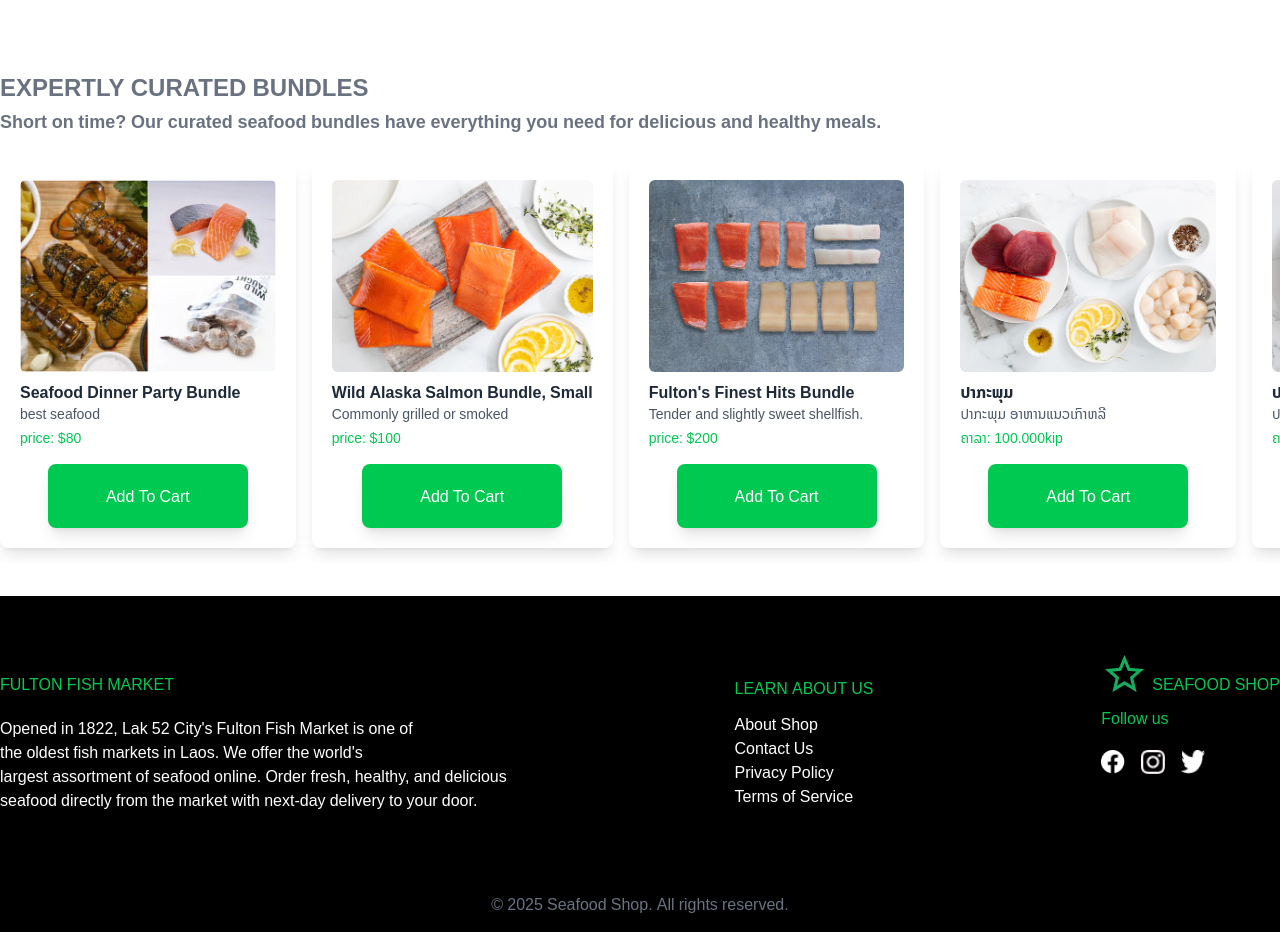
Repository: KongRucifer/SeaFood-Shop
Page: /modules/home/views
These files come from the project's save history. The page is drawn as it stood at one moment and after the next save; the edit follows.
The browser window is 1280 px wide. The pictures show the part of the page from y = 2352 to 3284 px (the page is 3284 px tall).
The project was rebuilt for these pictures with package versions that can differ from the ones it lists, and the page was loaded fresh each time. The framework's server and built-in components were replaced by stand-ins that run in the browser. Also part of the build but not shown: next.config.ts.

Above is the page before, as saved 2025-06-25 20:30:39.

### src/app/layout.tsx
import type { Metadata } from "next";
import { Geist, Geist_Mono } from "next/font/google";
import "./globals.css";
import Navbar from "@/app/components/Navbar";
import Footer from "@/app/components/Footer";
import { Noto_Sans_Lao } from 'next/font/google';
 const geistSans = Geist({
  variable: "--font-geist-sans",
  subsets: ["latin"],
});

const geistMono = Geist_Mono({
  variable: "--font-geist-mono",
  subsets: ["latin"],
});
const notoSansLao = Noto_Sans_Lao({
  subsets: ['lao'],
  weight: ['400', '700'],
  variable: '--font-noto-sans-lao',
  display: 'swap',
});
export const metadata: Metadata = {
  title: "ຮ້ານຂາຍອາຫານທະເລ - ໜ້າທຳອິດ | Seafood Shop",
  description:
    "ຮ້ານຂາຍອາຫານທະເລອອນໄລ ໜ້າທຳອິດ ລວມອາຫານທະເລຫຼາກຫຼາຍ ເຊັ່ນ ປາ, ປູ, ກຸ້ງ ແລະ ອາຫານທະເລອື່ນໆ ສາມາດສັ່ງຊື້ໃນເວັບໄຊໄດ້ ມີບໍລິການສົ່ງໄປເຖີງທີ່ ສາມາດເຮັດ ການໂອນເງິນ ທີ່ເວັບໄຊທ໌ຂອງພວກເຮົາ",
  keywords:
    "ອາຫານທະເລ ອອນໄລ, ຮ້ານຂາຍອາຫານທະເລ, ສັ່ງອາຫານທະເລ, ອາຫານທະເລສົ່ງໄວທັນໃຈ",
  authors: [{ name: "kong mong thao" }],
  publisher: "Super Shop SeaFood",
  robots: {
    index: true,
    follow: true,
  },
  openGraph: {
    title: "ຮ້ານຂາຍອາຫານທະເລ - ໜ້າທຳອິດ | Seafood Shop",
    description:
      "ສັ່ງຊື້ອາຫານທະເລ ລາຄາຖືກ ສົ່ງໄວ ທັນໃຈ ສາມາດໂອນເງີນ ປາຍທາງໄດ້",
    url: "http://localhost:3000/images/fish.jpeg",
    siteName: "Seafood Shop",
    locale: "th_TH",
    type: "website",
    images: [
      {
        url: "http://localhost:3000/images/myshopSeafood.jpeg",
        width: 1200,
        height: 630,
        alt: "Food Shop Image",
      },
    ],
  },
  twitter: {
    card: "summary_large_image",
    title: "ຮ້ານຂາຍອາຫານທະເລ - ໜ້າທຳອິດ | Seafood Shop",
    description:
      "ສັ່ງຊື້ອາຫານທະເລ ລາຄາຖືກ ສົ່ງໄວ ທັນໃຈ ມີບໍລິການໂອນເງີນ ປາຍທາງ",
    images: ["http://localhost:3000/images/seafood2.jpeg"],
  },
  alternates: {
    canonical: "https://yourdomain.com/",
  },

}
export const viewport = {
  width: 'device-width',
  initialScale: 1,
};
export default function RootLayout({
  children,
}: Readonly<{
  children: React.ReactNode;
}>) {
  return (
    <html lang="lo" className={notoSansLao.variable}>
      <body
        className={`${geistSans.variable} ${geistMono.variable} antialiased`}
      >
        <Navbar />
        {children}
        <Footer />
      </body>
    </html>
  );
}

### src/app/modules/home/views/page.tsx
import Banner from "@/app/modules/home/components/Banner.component";
import Best_Sellers from "@/app/modules/home/components/Best_Sellers.component";
import Popular_Shellfish from "@/app/modules/home/components/Popular_Shellfish.component";
import Fulton_Finsider from "@/app/modules/home/components/Fulton_Finsider.component";
import Healthy_Meals from "@/app/modules/home/components/Healthy_Meals.component";
export default function Home() {
  return (
    <div className="flex flex-col items-center justify-center ">
      <Banner />
      <Best_Sellers />
      <Popular_Shellfish />
      <Fulton_Finsider />
      <Healthy_Meals />
    </div>
  );
}

### src/app/globals.css
 @import "tailwindcss";
 body {
  font-family: var(--font-noto-sans-lao), sans-serif;
}
@keyframes upDown {
  0% {
    transform: translateY(0);
  }
  50% {
    transform: translateY(-10px);
  }
  100% {
    transform: translateY(0);
  }
}

.hover-updown:hover {
  animation: upDown 1s ease-in-out infinite;
}

### src/app/components/Navbar.tsx
import Link from "next/link";

export default async function Navbar() {
  return (
    <nav className="bg-white border-gray-200 dark:bg-gray-900 shadow-md fixed top-0 left-0 z-50 w-full">
      <div className="container mx-auto">
      <div className=" flex flex-wrap items-center justify-between  p-4">
        <div className="flex items-center">
          <img
            src="/images/lets-icons_shop.png"
            className="h-8 mr-3"
            alt="Seafood Shop Logo"
          />
          <span className="self-center text-2xl font-semibold whitespace-nowrap dark:text-white">
            Seafood Shop
          </span>
        </div>
        <div className="flex justify-center items-center md:order-2 gap-10">
          <Link href="/" className="-pb-1 border-b-2 border-transparent hover:border-green-500 transition">Home</Link>
          <Link href="/" className="-pb-1 border-b-2 border-transparent hover:border-green-500 transition">About Shop</Link>
          <Link href="/" className="-pb-1 border-b-2 border-transparent hover:border-green-500 transition">Contact Us</Link>
          <Link href="/" className="border border-green-500 text-green-500 px-4 py-2 rounded hover:bg-green-50 transition">
            Sign Up
          </Link>
          <Link href="/" className="border border-green-500 text-green-500 px-4 py-2 rounded hover:bg-green-50 transition">
            Sign In
          </Link>
        </div>
      </div>
      </div>
    </nav>
  );
}

### src/app/components/Footer.tsx

export default async function Footer() {
  return (
    <footer className="bg-black dark:bg-gray-900">
      <div className="max-w-screen-xl mx-auto container pt-4 pb-4 sm:items-center">
        <div>

        <div className="flex flex-col  md:flex-row justify-between  items-start md:items-center space-y-4 md:space-y-0 md:space-x-8 text-white mb-20 mt-15">
           <div>
             <h3 className="mb-5 text-green-500">FULTON FISH MARKET</h3>
           <div>
            <p className="text-md">Opened in 1822, Lak 52 City's Fulton Fish Market is one of  </p>
            <p className="text-md">the oldest fish markets in Laos. We offer the world&apos;s</p>
            <p className="text-md">largest assortment of seafood online. Order fresh, healthy, and delicious</p>
            <p className="text-md"> seafood directly from the market with next-day delivery to your door.</p>
           </div>
           </div>
           <div>
             <h3 className="mb-3 text-green-500 ">LEARN ABOUT US</h3>
           <div>
            <ul>
              <li className="cursor-pointer hover:text-gray-300 transition">About Shop</li>
              <li className="cursor-pointer hover:text-gray-300 transition" >Contact Us</li>
              <li className="cursor-pointer hover:text-gray-300 transition" >Privacy Policy</li>
              <li className="cursor-pointer hover:text-gray-300 transition">Terms of Service</li>
            </ul>
           </div>
           </div>
           <div className="xl:-mt-10 lg:-mt-10 sm:mt-10 md:-mt-13    ">
             <div className="mb-2 text-green-500 flex items-center gap-1"><img  src="/images/star.png" alt="no image star"  className="-mt-5" /><h3>SEAFOOD SHOP</h3></div>
           <div>
             <h3 className="mb-5 text-green-500 items-center">Follow us</h3>
              <ul className="flex space-x-4 content-center">
                <li>
                  <a href="https://www.facebook.com" target="_blank" rel="noopener noreferrer">
                    <img  src="/images/facebook.png"  alt="Facebook" className="w-6 h-6" />
                  </a>
                </li>
                <li>
                  <a href="https://www.instagram.com" target="_blank" rel="noopener noreferrer">
                    <img  src="/images/instagram.png"  alt="Instagram" className="w-6 h-6" />
                  </a>
                </li>
                <li>
                  <a href="https://www.twitter.com" target="_blank" rel="noopener noreferrer">
                    <img  src="/images/twitter.png"  alt="Twitter" className="w-6 h-6" />
                  </a>
                </li>
               </ul>
           </div>
           </div>
        </div>
        <div className="text-center text-gray-500 dark:text-gray-400">
          © {new Date().getFullYear()} Seafood Shop. All rights reserved.
        </div>
        </div>
      </div>
    </footer>
  ); }

### src/app/modules/home/components/Banner.component.tsx
import Image  from 'next/image';
export default async function Banner() {
  return (
    <div className="relative w-full h-130 r overflow-hidden mb-10">
  <img
    src="/images/food.jpg"
    alt="no image seafood"
    className="absolute inset-0 w-full h-full object-cover opacity-60"
  />
  <h1 className="relative z-10 flex items-center justify-center h-full text-4xl font-bold text-gray-700">
    Welcome to Seafood Shop
  </h1>
</div>
  );
}

### src/app/modules/home/components/Fulton_Finsider.component.tsx
import Image from "next/image";
export default async function Fulton_Finsider() {
  return (
    <div className="relative w-full h-[40rem] overflow-hidden mb-10">
      <div>
        <img
          src="/images/celender2.png"
          alt="Seafood background"
          className="absolute  w-full h-full object-cover"
        />
      </div>

      <div className="relative z-10 flex flex-col md:flex-row items-center justify-start h-full text-center px-4 md:px-10 text-gray-800 bg-black/30 ">
        <div className="max-w-sm  rounded-xl p-6 m-4 shadow-lg">
          <div className="w-20 h-20 bg-white rounded-full flex items-center justify-center mx-auto mb-4 shadow ">
            <img
              src="/images/puss.png"
              alt="Seafood Icon"
              className="w-12 h-12 hover-updown"
            />
          </div>
          <h2 className="text-xl font-semibold mb-2">Dive In & Explore</h2>
          <p className="text-sm mb-2 text-gray-300">
            Craving buttery scallops, sushi-grade tuna, or wild-caught salmon?
            We’ve got the best, chef-quality seafood ready for your table!
          </p>
          <p className="text-sm mb-4 font-medium text-white">
            Pro Tip: Not sure what to try first?
          </p>
          <button className="px-4 py-2 bg-white border border-gray-300 text-gray-600 rounded hover:bg-gray-100 transition">
            OUR BEST SELLERS
          </button>
        </div>

        <div className="max-w-sm  rounded-xl p-6 m-4 shadow-lg">
          <div className="w-20 h-20 bg-white rounded-full flex items-center justify-center mx-auto mb-4 shadow ">
            <img
              src="/images/pass.png"
              alt="Seafood Icon"
              className="w-12 h-12 hover-updown"
            />
          </div>
          <h2 className="text-xl font-semibold mb-2">Make Your Catch</h2>
          <p className="text-sm mb-2 text-gray-300">
            Love fresh seafood? Set it and forget it! Subscribe for savings, VIP
            perks, and exclusive gifts—no effort required!
          </p>
          <p className="text-sm mb-4 font-medium text-white">
            Save 15% or more on every order!
          </p>
          <button className="px-4 py-2 bg-white border border-gray-300 text-gray-600 rounded hover:bg-gray-100 transition">
            SUBSCRIBE & SAVE
          </button>
        </div>

        <div className="max-w-sm  rounded-xl p-6 m-4 shadow-lg">
          <div className="w-20 h-20 bg-white rounded-full flex items-center justify-center mx-auto mb-4 shadow ">
            <img
              src="/images/puss.png"
              alt="Seafood Icon"
              className="w-12 h-12 hover-updown"
            />
          </div>
          <h2 className="text-xl font-semibold mb-2">Reel It In</h2>
          <p className="text-sm mb-2 text-gray-300">
            Our seafood ships fast, freshly-frozen, and packed with care in
            eco-friendly materials. No more guessing how long that store-bought
            fish has been hanging around!
          </p>
          <p className="text-sm mb-4 font-medium text-white">
            Worried about cooking? Don’t be!
          </p>
          <button className="px-4 py-2 bg-white border border-gray-300 text-gray-600 rounded hover:bg-gray-100 transition">
            TIPS & RECIPES
          </button>
        </div>
      </div>
    </div>
  );
}

### src/app/modules/home/components/Healthy_Meals.component.tsx
import Image from "next/image";
export default async function Healthy_Meals() {
  return (
    <div className="container mx-auto py-8">
      <div>
        <h1 className="text-2xl font-bold mb-1 text-gray-500 ">
          EXPERTLY CURATED BUNDLES
        </h1>
        <h2 className="text-lg font-bold mb-6 text-gray-500 ">
          Short on time? Our curated seafood bundles have everything you need
          for delicious and healthy meals.
        </h2>
      </div>
      <div className="flex overflow-x-auto space-x-4 pb-4">
        {/* Card 1 */}
        <div className="min-w-[200px] flex-shrink-0 bg-white rounded-lg shadow-lg p-5 transform transition duration-300 hover:scale-105">
          <div>
            <img
              src="/images/shak.webp"
              alt="Seafood Dish 1"
              className="w-full h-48 object-cover rounded-md transition-transform duration-500 ease-in-out group-hover:scale-105"
            />
          </div>
          <div className="mt-2">
            <h4 className="font-semibold text-gray-800">Seafood Dinner Party Bundle</h4>
            <p className="text-sm text-gray-600">best seafood</p>
            <p className="text-sm text-green-500 mt-1">price: $80</p>
          </div>
          <div className="flex justify-center mt-4">
            <button className="min-w-[200px] flex-shrink-0  rounded-lg shadow-lg p-5 cursor-pointer bg-green-500 hover:bg-green-700 text-white transform transition duration-300 hover:scale-105">
              Add To Cart
            </button>
          </div>
        </div>

        {/* Card 2 */}
        <div className="min-w-[200px] flex-shrink-0 bg-white rounded-lg shadow-lg p-5 transform transition duration-300 hover:scale-105">
          <div>
            <img
              src="/images/xaspus.webp"
              alt="Seafood Dish 2"
              className="w-full h-48 object-cover rounded-md"
            />
          </div>
          <div className="mt-2">
            <h4 className="font-semibold text-gray-800">Wild Alaska Salmon Bundle, Small</h4>
            <p className="text-sm text-gray-600">Commonly grilled or smoked</p>
            <p className="text-sm text-green-500 mt-1">price: $100</p>
          </div>
          <div className="flex justify-center mt-4">
            <button className="min-w-[200px] flex-shrink-0  rounded-lg shadow-lg p-5 cursor-pointer bg-green-500 hover:bg-green-700 text-white transform transition duration-300 hover:scale-105">
              Add To Cart
            </button>
          </div>
        </div>

        {/* Card 3 */}
        <div className="min-w-[200px] flex-shrink-0 bg-white rounded-lg shadow-lg p-5 transform transition duration-300 hover:scale-105">
          <div>
            <img
              src="/images/xibxus.jpg"
              alt="Seafood Dish 3"
              className="w-full h-48 object-cover rounded-md"
            />
          </div>
          <div className="mt-2">
            <h4 className="font-semibold text-gray-800">Fulton's Finest Hits Bundle</h4>
            <p className="text-sm text-gray-600">Tender and slightly sweet shellfish.</p>
            <p className="text-sm text-green-500 mt-1">price: $200</p>
          </div>
          <div className="flex justify-center mt-4">
            <button className="min-w-[200px] flex-shrink-0  rounded-lg shadow-lg p-5 cursor-pointer bg-green-500 hover:bg-green-700 text-white transform transition duration-300 hover:scale-105">
              Add To Cart
            </button>
          </div>
        </div>
        {/* Card 4 */}

        <div className="min-w-[200px] flex-shrink-0 bg-white rounded-lg shadow-lg p-5 transform transition duration-300 hover:scale-105">
          <div>
            <img
              src="/images/xusxib.webp"
              alt="Seafood Dish 3"
              className="w-full h-48 object-cover rounded-md"
            />
          </div>
          <div className="mt-2">
            <h4 className="font-semibold text-gray-800">ປາກະພຸມ</h4>
            <p className="text-sm text-gray-600">ປາກະພຸມ ອາຫານແນວເກົາຫລີ</p>
            <p className="text-sm text-green-500 mt-1">ຄາລາ: 100.000kip</p>
          </div>
          <div className="flex justify-center mt-4">
            <button className="min-w-[200px] flex-shrink-0  rounded-lg shadow-lg p-5 cursor-pointer bg-green-500 hover:bg-green-700 text-white transform transition duration-300 hover:scale-105">
              Add To Cart
            </button>
          </div>
        </div>
        {/* Card 5 */}

        <div className="min-w-[200px] flex-shrink-0 bg-white rounded-lg shadow-lg p-5 transform transition duration-300 hover:scale-105">
          <div>
            <img
              src="/images/content3food.webp"
              alt="Seafood Dish 3"
              className="w-full h-48 object-cover rounded-md"
            />
          </div>
          <div className="mt-2">
            <h4 className="font-semibold text-gray-800">ປາກະພຸມ</h4>
            <p className="text-sm text-gray-600">ປາກະພຸມ ອາຫານແນວເກົາຫລີ</p>
            <p className="text-sm text-green-500 mt-1">ຄາລາ: 100.000kip</p>
          </div>
          <div className="flex justify-center mt-4">
            <button className="min-w-[200px] flex-shrink-0  rounded-lg shadow-lg p-5 cursor-pointer bg-green-500 hover:bg-green-700 text-white transform transition duration-300 hover:scale-105">
              Add To Cart
            </button>
          </div>
        </div>
      </div>
    </div>
  );
}

Loaded but not shown: src/app/modules/home/components/Best_Sellers.component.tsx (129 lines, source omitted); src/app/modules/home/components/Popular_Shellfish.component.tsx (121 lines, source omitted)

After the next save:
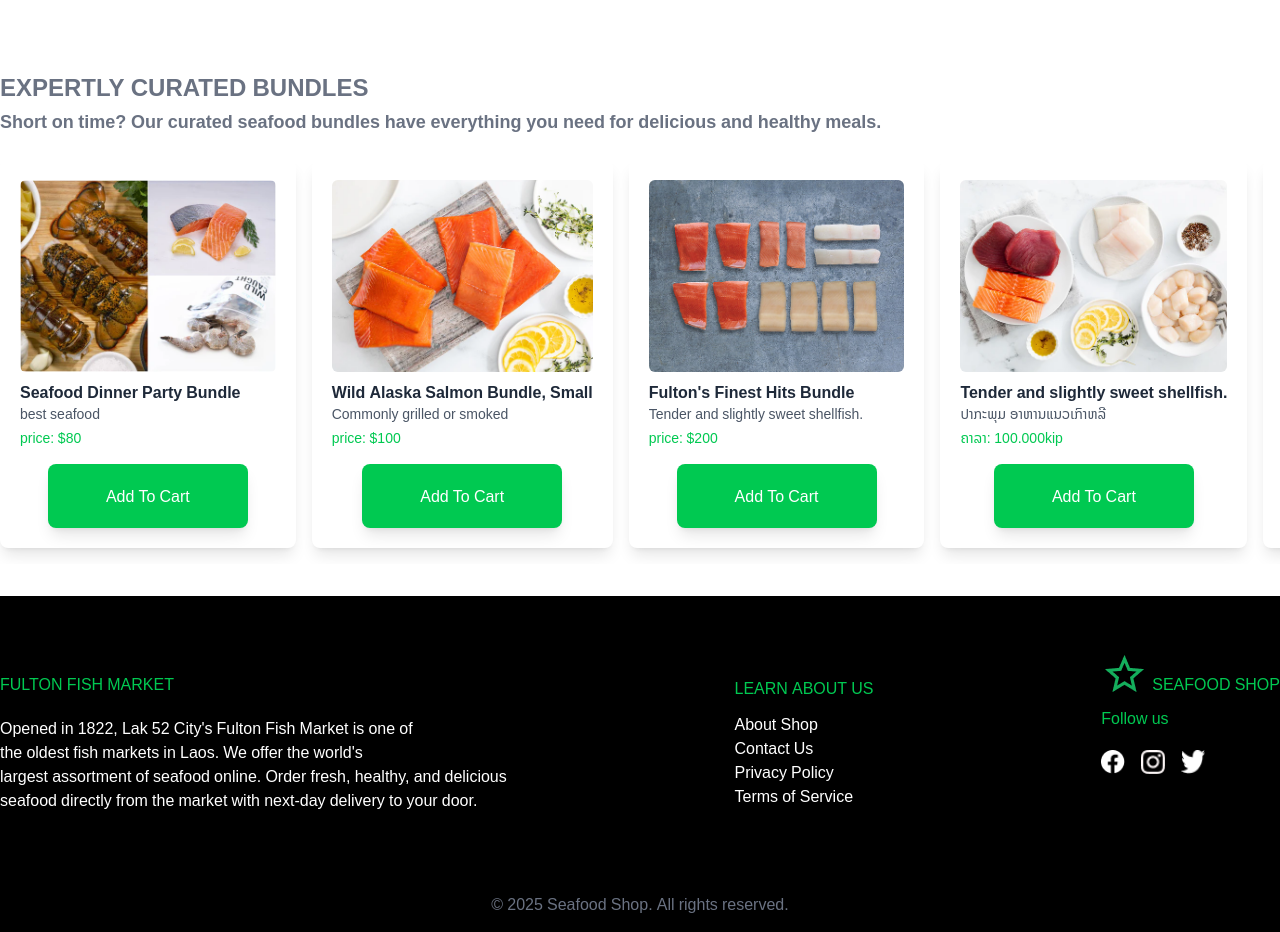
Saved 19 s later.
--- a/src/app/modules/home/components/Healthy_Meals.component.tsx
+++ b/src/app/modules/home/components/Healthy_Meals.component.tsx
@@ -85,7 +85,7 @@
             />
           </div>
           <div className="mt-2">
-            <h4 className="font-semibold text-gray-800">ປາກະພຸມ</h4>
+            <h4 className="font-semibold text-gray-800">Tender and slightly sweet shellfish.</h4>
             <p className="text-sm text-gray-600">ປາກະພຸມ ອາຫານແນວເກົາຫລີ</p>
             <p className="text-sm text-green-500 mt-1">ຄາລາ: 100.000kip</p>
           </div>

After the save that followed:
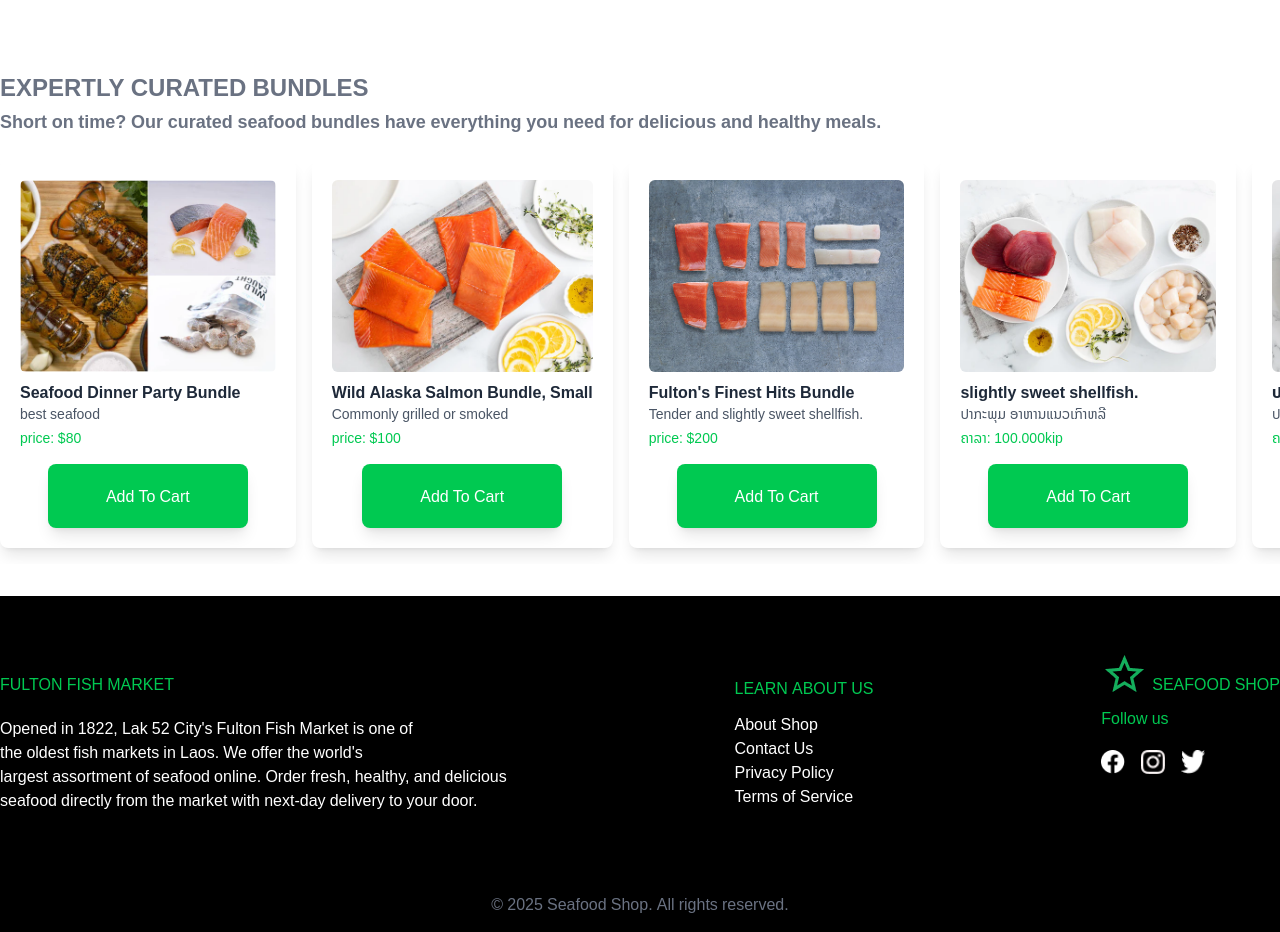
Saved 7 s later.
--- a/src/app/modules/home/components/Healthy_Meals.component.tsx
+++ b/src/app/modules/home/components/Healthy_Meals.component.tsx
@@ -85,7 +85,7 @@
             />
           </div>
           <div className="mt-2">
-            <h4 className="font-semibold text-gray-800">Tender and slightly sweet shellfish.</h4>
+            <h4 className="font-semibold text-gray-800">slightly sweet shellfish.</h4>
             <p className="text-sm text-gray-600">ປາກະພຸມ ອາຫານແນວເກົາຫລີ</p>
             <p className="text-sm text-green-500 mt-1">ຄາລາ: 100.000kip</p>
           </div>
